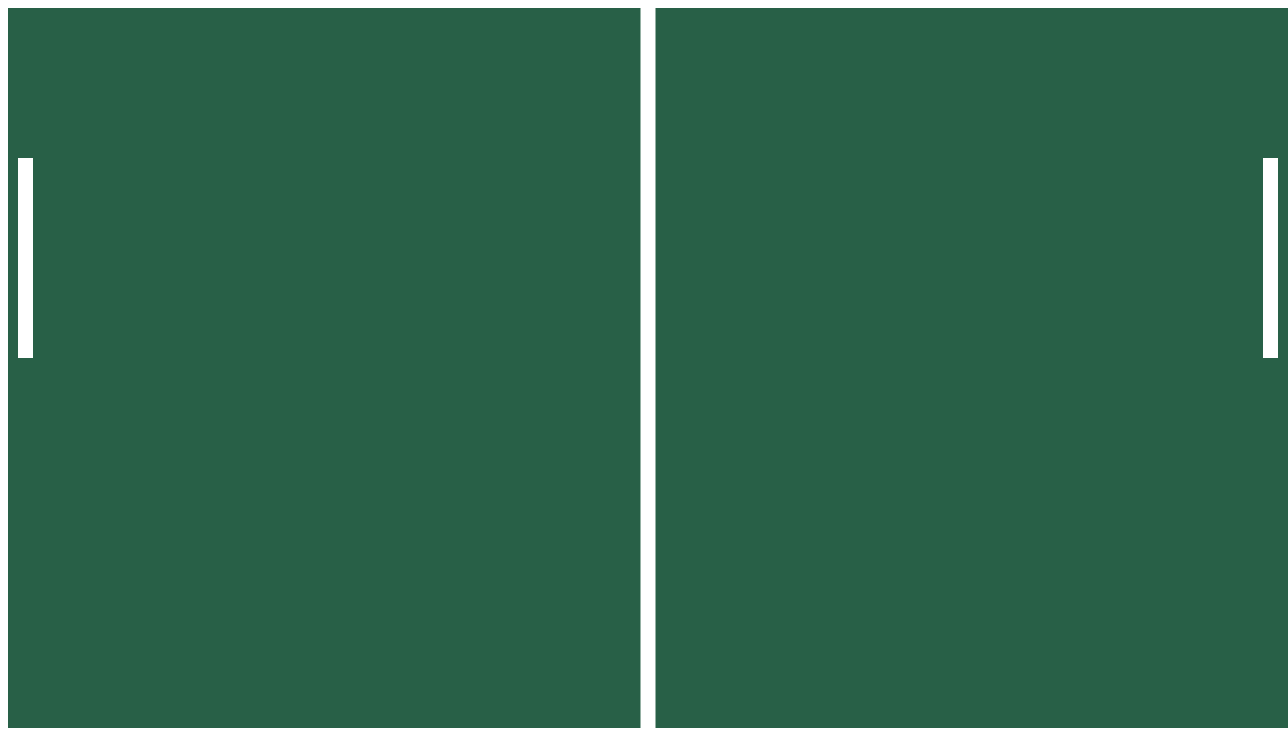
Repository: AkirahCarvalho/ping_pong
Page: index.html
These files come from the project's save history. The page is drawn as it stood at one moment and after a run of saves; the edit follows.
The browser window is 1280 px wide. The page is 1288 px wide, so the pictures cover 1288 px, including what lies to the right of the window. The pictures show the whole page.

Above is the page before, as saved 2024-03-26 16:26:19.

### index.html
<!DOCTYPE html>
<html lang="en">
<head>
    <meta charset="UTF-8">
    <meta name="viewport" content="width=device-width, initial-scale=1.0">
    <title>PING PONG</title>

</head>
<body>
    <canvas>

    </canvas>
    <script>
        const canvasEl = document.querySelector("canvas"),
         canvasCtx = canvasEl.getContext("2d")

         const lineWidth=15

        function setup(){ //roda o elemento
            canvasEl.width = canvasCtx.width = window.innerWidth
            canvasEl.height = canvasCtx.height = window.innerHeight
        }

        function draw(){
            canvasCtx.fillStyle="#286047"
            canvasCtx.fillRect(0,0, window.innerWidth, window.innerHeight)

            canvasCtx.fillStyle="#ffffff"

            const x=window.innerWidth / 2 - lineWidth / 2
            const y=0
            const w=lineWidth
            const h=window.innerHeight

            canvasCtx.fillRect(x, y, w, h)
          //desenhando raquete esquerda
            canvasCtx.fillRect(10, 150, lineWidth, 200)
            //desenhando raquete direita
            canvasCtx.fillRect(window.innerWidth-lineWidth-10, 150, lineWidth, 200)

            //desenhando bolinha
            canvasCtx.beginPath()
            canvasCtx.arc(500, 300, 20, 0, 2*Math.PI, false)
            canvasCtx.f
        }

        setup()
        draw()
    </script>
</body>
</html>

After the next 2 saves:
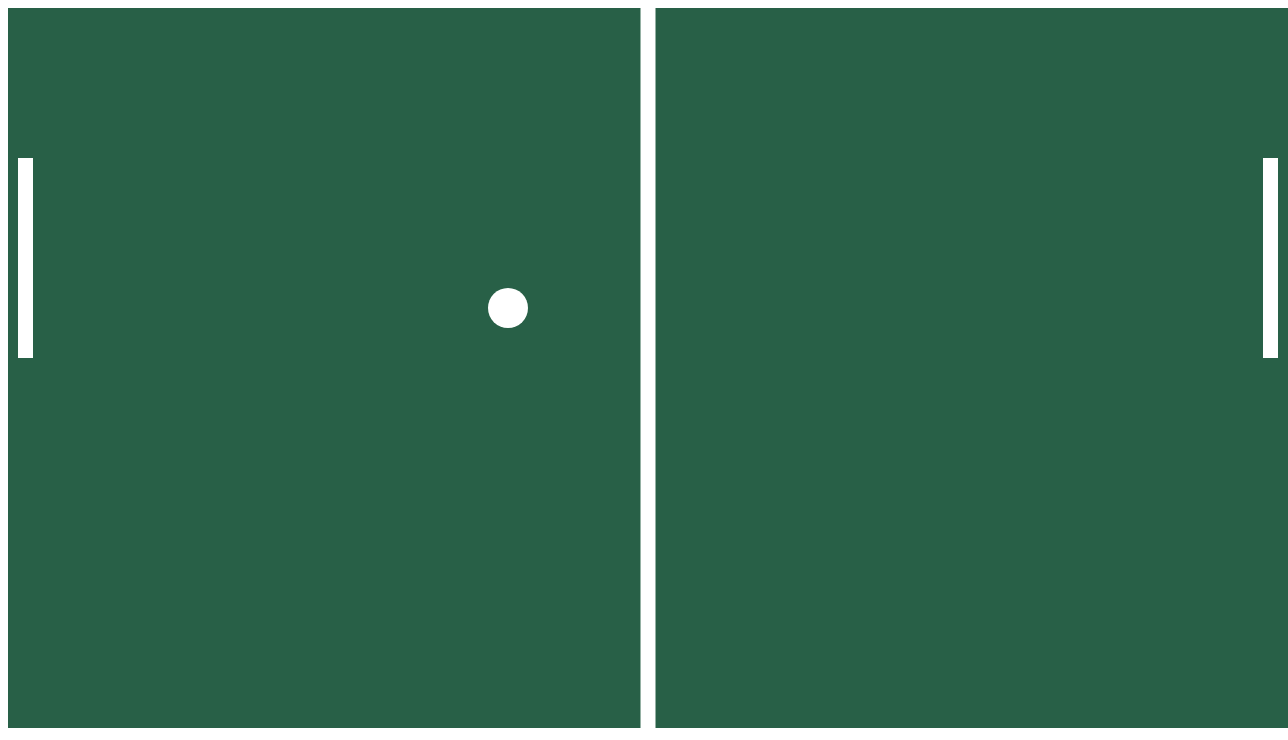
The 2 saves are shown as one change because they came seconds apart.
The last was saved 7 s later.
--- a/index.html
+++ b/index.html
@@ -41,7 +41,7 @@
             //desenhando bolinha
             canvasCtx.beginPath()
             canvasCtx.arc(500, 300, 20, 0, 2*Math.PI, false)
-            canvasCtx.f
+            canvasCtx.fill()
         }
 
         setup()
